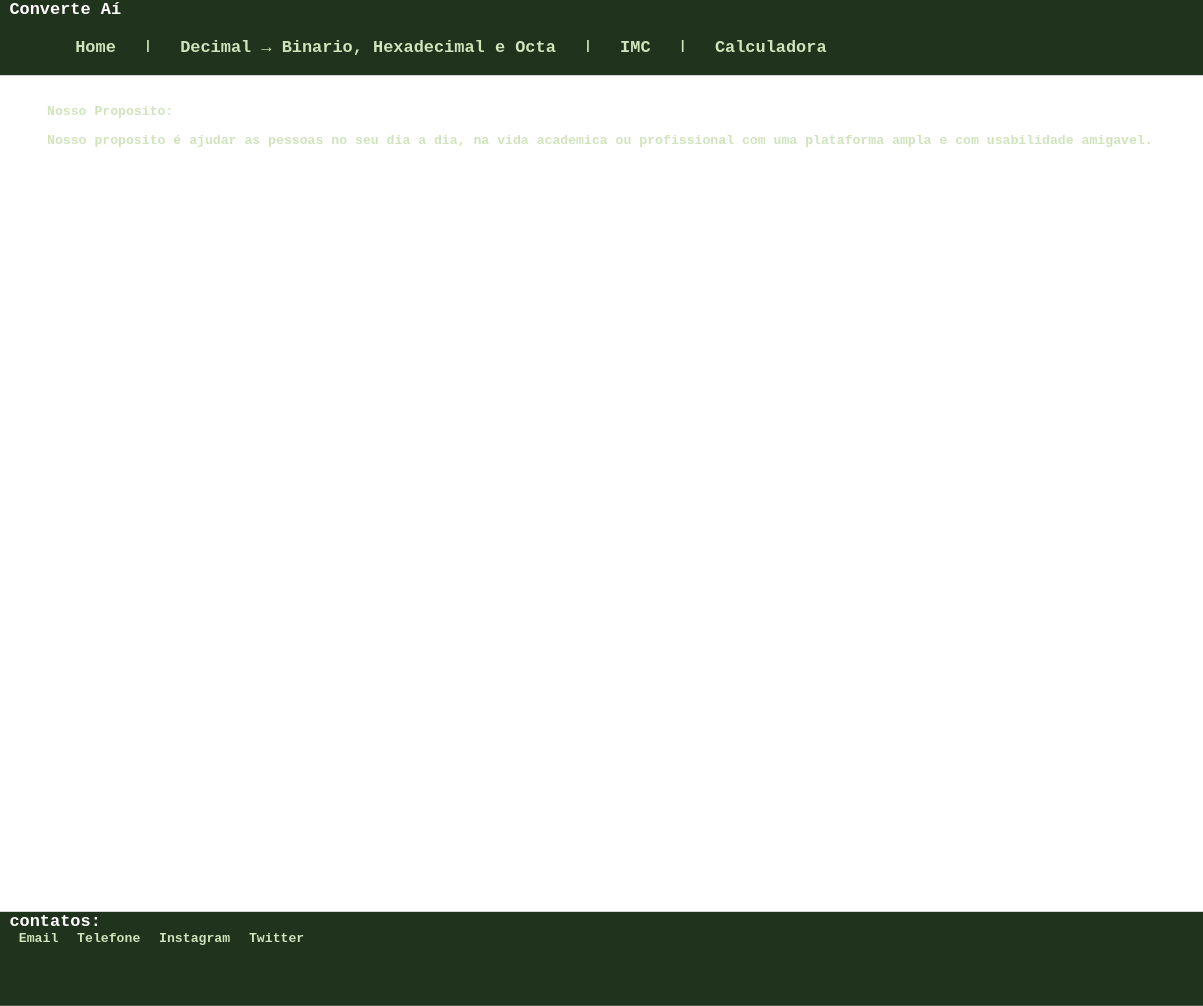
Repository: Frav1u/converteai
Page: ConverteAi/src/main/webapp/home.html
These files come from the project's save history. The page is drawn as it stood at one moment and after the next save; the edit follows.
The browser window is 1280 px wide. The pictures show the whole page, at 94% of full size.
Some web fonts or font styles are not loaded; a fallback is used.

Above is the page before, as saved 2023-09-30 23:35:11.

### ConverteAi/src/main/webapp/home.html
<!DOCTYPE html>
<html>
<head>
<meta charset="UTF-8">
<title>Converte aí</title>
<link href="https://fonts.googleapis.com/css2?family=Inter:wght@400;700&family=Space+Mono:wght@400;700&display=swap"
        rel="stylesheet">
    <link rel="stylesheet" href="style.css">
</head>
<body>
	<header>
		<a>Converte Aí</a>
		<nav>
			<ul class="menu">
				<li><a href="home.html">Home</a></li>
				<li>  |  </li>
				<li><a href="decimalParaBinario.html">Decimal → Binario, Hexadecimal e Octa</a></li>
				<li>  |  </li>
				<li><a href="imc.html">IMC</a></li>
				<li>  |  </li>
				<li><a href="calculadora.html">Calculadora</a></li>
			</ul>
		</nav>
	</header>
	<main>


		<h1 class="tituloProposito">Nosso Proposito: </h1>
		<p class="proposito">Nosso proposito é ajudar as pessoas no seu dia a dia, na vida academica ou profissional com uma plataforma ampla e com usabilidade amigavel.</p>

	</main>


	<footer>
		<a>contatos: </a>
		<ul class="contatos">
			<li>Email</li>
			<li>Telefone</li>
			<li>Instagram</li>
			<li>Twitter</li>
		</ul>

	</footer>
</body>

</html>

### ConverteAi/src/main/webapp/style.css

* {
    margin: 0;
    padding: 0;
    box-sizing: border-box;
    list-style: none;
    font-family: 'Apotek Bold', monospace;
    font-weight: 600;
    font-size: 14px;
    outline: none;
    color: #CFE4BC;
}



main{
	height: 860px;
	color: #CFE4BC;
}

a{font-size: 18px;
	margin: 10px;


}

.menu{
	color: white;
	display: flex;
	margin-top: 20px;
	margin-left: 50px;

}

.tituloProposito{
	color: #CFE4BC;
	margin-top: 30px;
	margin-left: 50px;

}


.proposito{
	margin-top: 15px;
	margin-left: 50px;

}

li{
	font-size: 14px;
	margin-left: 20px;

}

header{
	background-color: #20331C;
	color: white;
	height: 80px;

}

.contatos{
	display: flex;
}

footer{
	background-color: #20331C;
	color: white;
	height: 100px;

}

conversorBase{
	    display: flex;
    justify-content: center;
}

 a, a:hover, a:focus, a:active {
      text-decoration: none;
      color: inherit;
 }

After the next save:
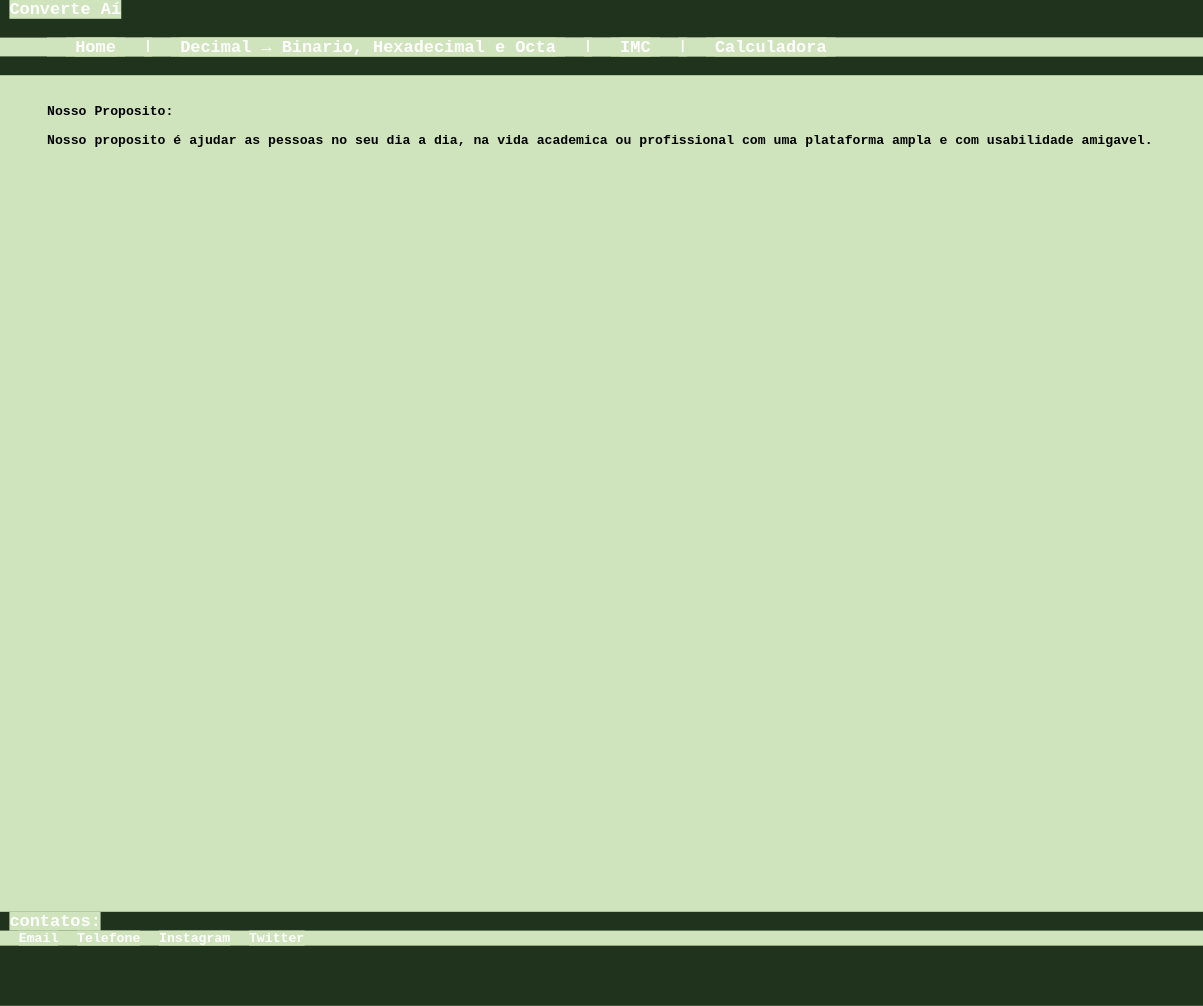
Saved 72 s later.
--- a/ConverteAi/src/main/webapp/style.css
+++ b/ConverteAi/src/main/webapp/style.css
@@ -8,14 +8,14 @@
     font-weight: 600;
     font-size: 14px;
     outline: none;
-    color: #CFE4BC;
+    background: #CFE4BC;
 }
 
 
 
 main{
 	height: 860px;
-	color: #CFE4BC;
+	background: #CFE4BC;
 }
 
 a{font-size: 18px;
@@ -33,7 +33,7 @@ a{font-size: 18px;
 }
 
 .tituloProposito{
-	color: #CFE4BC;
+	background: #CFE4BC;
 	margin-top: 30px;
 	margin-left: 50px;
 
